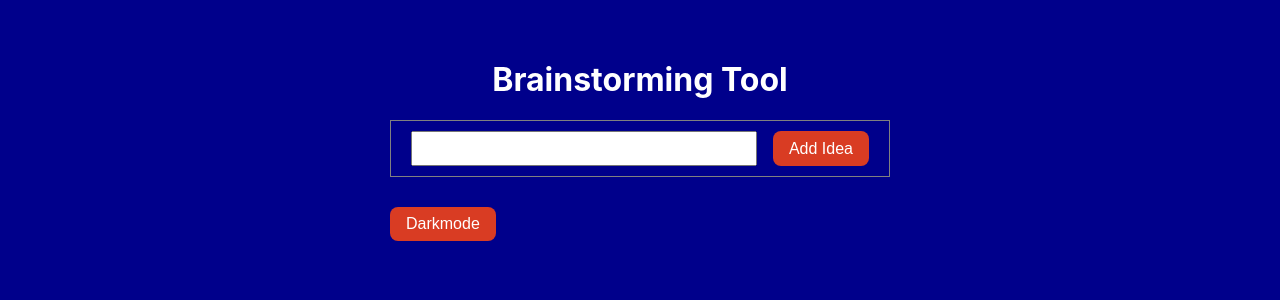
Repository: MateoD-0700/brainstorming-tool-v1
Page: /, after clicking the first element matching `div > button`
The author's editor kept a copy of each file at every save. The page is drawn from the files as they stood at one save, then again after the next save.
The browser window is 1280 px wide. The pictures show the whole page.
The project was rebuilt for these pictures with package versions that can differ from the ones it lists, and the page was loaded fresh each time.

Above is the page before, as saved 2021-10-13 22:34:34.

After the next save:
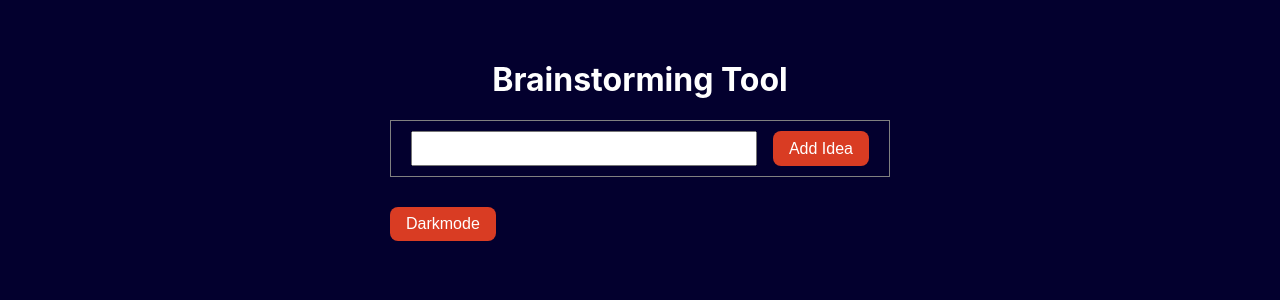
Saved 38 s later.
--- a/src/App.css
+++ b/src/App.css
@@ -82,7 +82,7 @@ input[type='text'] { font-size: 20px; font-family: monospace; }
 }
 
 .dark {
-  background: darkblue;
+  background: #03002e;
 }
 .dark h1 {
   color: white;
